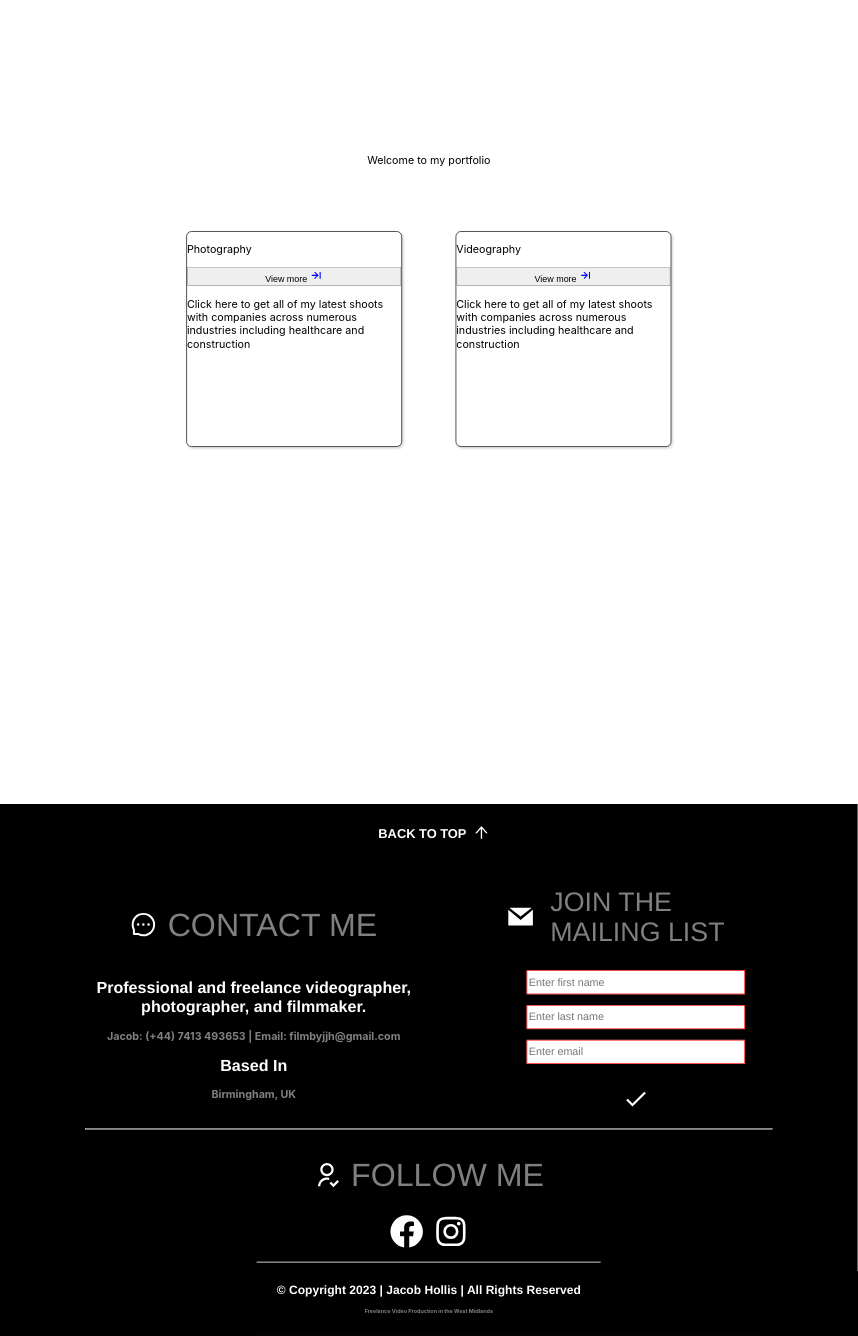
Repository: ThomasMTurner/filmbyjjh-portfolio
Page: /portfolio (app in client/)
An editor plug-in stored every save of this project. The page is shown before and after the next save, followed by the edit.
The browser window is 1280 px wide. The pictures show the whole page, at 67% of full size.
The project was rebuilt for these pictures with package versions that can differ from the ones it lists, and the page was loaded fresh each time. Also part of the build but not shown: client/vite.config.js, client/src/pages/Components/TagComponents.jsx, client/src/pages/Components/Post.jsx, client/src/pages/Components/SearchBar.jsx, client/src/pages/Updates.jsx, client/src/pages/Contact.jsx, client/src/pages/Components/InitialLogin.jsx, client/src/pages/Home.jsx and 2 more. Imported but missing from the stored project, and not drawn on this page: client/src/pages/Components/Videos/header.mp4, client/src/pages/Components/Videos/portfolio-reel.mp4.

Above is the page before, as saved 2023-10-20 12:47:42.

After the next save:
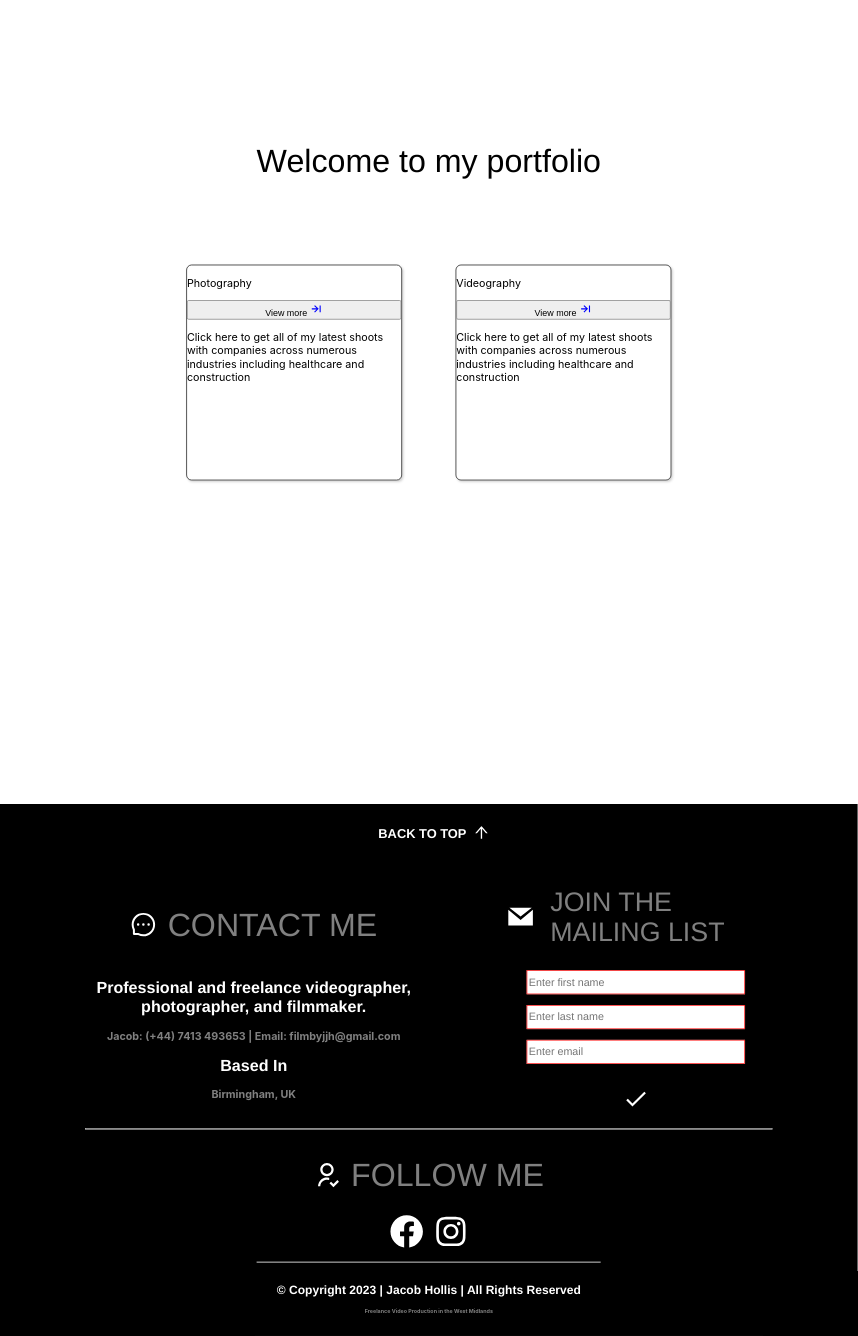
Saved 11 s later.
--- a/client/src/pages/Portfolio.jsx
+++ b/client/src/pages/Portfolio.jsx
@@ -14,7 +14,7 @@ const PortfolioCard = (props) => {
 export default function Portfolio() {
     return(
         <div style={{display:'flex', flexDirection:'column', justifyContent:'center', alignItems:'center', width:'100%', gap:'5rem', minHeight:'75rem', position:'relative', bottom:'10rem'}}>
-            <p style={{}}>Welcome to my portfolio</p>
+            <p style={{fontFamily:'helvetica', fontWeight:'200', fontSize:'3rem'}}>Welcome to my portfolio</p>
             <div style={{display:'flex', flexDirection:'row', justifyContent:'center', alignItems:'center', width:'100%', gap:'5rem'}}>
                 <PortfolioCard title="Photography" desc="Click here to get all of my latest shoots with companies across numerous industries including healthcare and construction" />
                 <PortfolioCard title="Videography" desc="Click here to get all of my latest shoots with companies across numerous industries including healthcare and construction" />
